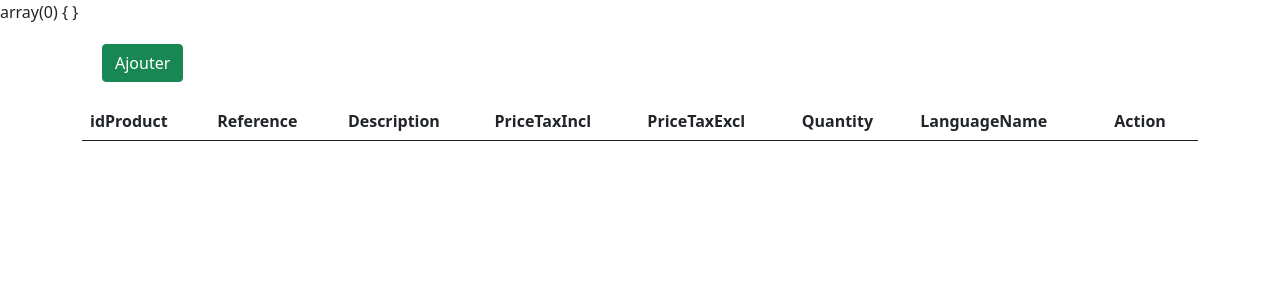
Repository: ahamie71/CrUDPOO
Page: http://localhost/index.php?action=AfficheCrud
An editor plug-in stored every save of this project. The page is shown before and after the next save, followed by the edit.
The browser window is 1280 px wide. The pictures show the whole page.
The page is run by PHP 8.4 with error messages shown; the project is at /var/www/html/. Queries for data that is not in the repository find no rows.

Above is the page before, as saved 2023-07-25 14:34:51.

### public/index.php
<?php


require_once(dirname(__DIR__) . '/Autoloader.php');

use CrudPOO\Controllers\HomeController;
use CrudPOO\Controllers\ProductController;


if (isset($_GET['action'])) {

    $action = $_GET['action'];

    switch ($action) {

        case 'Home';
            $controller = new HomeController();
            $controller->Home();
            break;

         case'AfficheCrud';
         $controller = new ProductController();
         $controller->DisplayProducts();
         break;
         case'createProduct';
         $controller = new ProductController();
         $controller->addProduct();
         break;

    }


} else {
    $home = new HomeController();
    $home->Home();
}
;

### Autoloader.php
<?php


spl_autoload_register(function ($className) {

    $className = str_replace("CrudPOO\\", '', $className);
    $className = str_replace("\\", '/', $className);
    require_once(__DIR__ . "/src/$className.php");

});

### src/Controllers/ProductController.php
<?php

namespace  CrudPOO\Controllers;

use CrudPOO\Entity\Language;
use CrudPOO\Entity\Product;
use CrudPOO\Model\ProductRepository;
use CrudPOO\Model\LanguageRepository;


Class ProductController extends AbstractController
{
    public function DisplayProducts()
    {

        $languageRepository = new LanguageRepository();
    $languages = $languageRepository->getAllLanguages();

    // Debug the $languages array
    var_dump($languages);

      $productRepository = new ProductRepository;
      $products = $productRepository->getProducts();
      require_once(dirname(__FILE__, 2) . '/View/CrudPage.php');

    }

   public  function addProduct()
{


    if (
        empty($_POST['reference']) ||
        empty($_POST['description']) ||
        empty($_POST['priceTaxIncl']) ||
        empty($_POST['priceTaxExcl']) ||
        empty($_POST['quantity'])
    ) {
        $error = 'Please fill in all the required fields.';
    } else {

        $reference = $_POST['reference'];
        $description = $_POST['description'];
        $priceTaxIncl = $_POST['priceTaxIncl'];
        $priceTaxExcl = $_POST['priceTaxExcl'];
        $quantity = $_POST['quantity'];
        $idLang = $_POST['cat'];

        $produit = new Product();
        $productRepository = new ProductRepository;

        $produit = $productRepository->createProduct($reference, $description, $priceTaxIncl, $priceTaxExcl, $idLang, $quantity);

        if ($produit) {
            header('location:index.php?action=AfficheCrud');
            exit();
        } else {

            $error = 'Failed to create product.';
        }
    }

    require_once(dirname(__FILE__, 2) . '/View/AddProduct.php');
}




}

### src/Controllers/AbstractController.php
<?php

namespace CrudPOO\Controllers;

abstract class AbstractController
{
    public function render($products)
    {
        require_once(dirname(__FILE__,2) . '/View/CrudPage.php');

    }

}

### src/Model/LanguageRepository.php
<?php

namespace CrudPOO\Model;


use PDO;
use CrudPOO\Entity\Database;

Class LanguageRepository
 {

    function getAllLanguages()
{
    $bdd = new Database();
    $req = "SELECT * FROM languages";
    $stmt = $bdd->getPDO()->prepare($req);
    $stmt->setFetchMode(PDO::FETCH_CLASS,'CrudPOO\Entity\Language');
    $stmt->execute();
    $languages = $stmt->fetchAll();
    return $languages;
}



}

### src/Entity/database.php
<?php

namespace  CrudPOO\Entity;

use PDO;
class Database
{
  private $host = "localhost";
  private $db_name = "CrudProduit";
  private $username = "ronaldo";
  private $password = "123";
  private $pdo;

  public function __construct($db_name = 'CrudProduit', $username = 'ronaldo', $password = '123', $host = 'localhost')
  {
    $this->$db_name = $db_name;
    $this->$username = $username;
    $this->$password = $password;
    $this->$host = $host;
  }

  public function getPDO()
  {
    if ($this->pdo == null) {
      $pdo = new PDO('mysql:dbname=CrudProduit;host=localhost', 'ronaldo', '123');
      $pdo->setAttribute(PDO::ATTR_ERRMODE, PDO::ERRMODE_EXCEPTION);
      $this->pdo = $pdo;
    }

    return $this->pdo;
  }

  public function query($statement)
  {
    $req = $this->getPDO()->query($statement);
    $datas = $req->fetchAll(PDO::FETCH_OBJ);
    return $datas;
  }
}

### src/Entity/Language.php
<?php

namespace CrudPOO\Entity;


Class Language{

 private $idLang;

 private $languageName;


 /**
  * Get the value of idLang
  */
 public function getIdLang()
 {
  return $this->idLang;
 }

 /**
  * Set the value of idLang
  */
 public function setIdLang($idLang): self
 {
  $this->idLang = $idLang;

  return $this;
 }

 /**
  * Get the value of LanguageName
  */
 public function getLanguageName()
 {
  return $this->languageName;
 }

 /**
  * Set the value of LanguageName
  */
 public function setLanguageName($LanguageName): self
 {
  $this->languageName = $LanguageName;

  return $this;
 }
}

### src/Model/ProductRepository.php
<?php
namespace CrudPOO\Model;


use PDO;
use CrudPOO\Entity\Database;

class ProductRepository
{
    public function getProducts()
    {
        $bdd = new Database();
        $req =" SELECT products.idLang, products.idProduct , products.reference, products.description,products.priceTaxIncl,products.priceTaxExcl,products.quantity,languages.LanguageName FROM products
        LEFT JOIN languages ON products.idLang = languages.idLang";
        $stmt = $bdd->getPDO()->prepare($req);
        $stmt->setFetchMode(PDO::FETCH_CLASS, 'CrudPOO\Entity\Product');
        $stmt->execute();
        $products = $stmt->fetchAll();
        return $products;
    }



//     public function getPostById($id)
//     {
//         $bdd = new Database();
//         $req = "SELECT Post.user_id, Post.id , Post.image, Post.created_at,Post.title,Post.content,User.username FROM Post
//         LEFT JOIN User ON Post.user_id = user.id
//          WHERE Post.id =  $id";
//         $stmt = $bdd->getPDO()->prepare($req);
//         $stmt->setFetchMode(PDO::FETCH_CLASS, 'Foot\Entity\Post');
//         $stmt->execute();
//         $post = $stmt->fetch();
//         return $post;
//     }

function createProduct($reference, $description, $priceTaxIncl, $priceTaxExcl, $idLang, $quantity)
{

    $bdd = $bdd = new Database();


    $query = $bdd->getPDO()->prepare("INSERT INTO products (reference, description, priceTaxIncl, priceTaxExcl, idLang, quantity) VALUES (?, ?, ?, ?, ?, ?)");


    $query->execute([
        $reference,
        $description,
        $priceTaxIncl,
        $priceTaxExcl,
        $idLang,
        $quantity
    ]);


    if ($query->rowCount() > 0) {
        return true;
    } else {
        return false;
    }
}
}

//     public function RemovePost($id)
//     {
//         $bdd = new Database();
//         $sql = "DELETE FROM Post WHERE id= $id";
//         $delet = $bdd->getPDO()->prepare($sql);
//         $delet->execute();
//     }

//     public function editPost($content, $id, $title)
//     {
//         $bdd = new Database();
//         $update = $bdd->getPDO()->prepare("UPDATE  Post SET content=:content , title=:title WHERE id = $id");
//         $update->execute(
//             array(
//                 ':content' => $content,
//                 ':title' => $title
//             )
//         );
//     }
// }

### src/Entity/Product.php
<?php

namespace  CrudPOO\Entity;


use CrudPOO\Entity\Language;

Class Product

{
    private $idProduct;
    private $reference;
    private $description;
    private $priceTaxIncl;
    private $priceTaxExcl;
    private $quantity ;
    private int $idLang;

    private $LanguageName;
    /**
     * Get the value of idProduct
     */
    public function getIdProduct()
    {
        return $this->idProduct;
    }

    /**
     * Set the value of idProduct
     */
    public function setIdProduct($idProduct): self
    {
        $this->idProduct = $idProduct;

        return $this;
    }

    /**
     * Get the value of reference
     */
    public function getReference()
    {
        return $this->reference;
    }

    /**
     * Set the value of reference
     */
    public function setReference($reference): self
    {
        $this->reference = $reference;

        return $this;
    }

    /**
     * Get the value of description
     */
    public function getDescription()
    {
        return $this->description;
    }

    /**
     * Set the value of description
     */
    public function setDescription($description): self
    {
        $this->description = $description;

        return $this;
    }

    /**
     * Get the value of priceTaxIncl
     */
    public function getPriceTaxIncl()
    {
        return $this->priceTaxIncl;
    }

    /**
     * Set the value of priceTaxIncl
     */
    public function setPriceTaxIncl($priceTaxIncl): self
    {
        $this->priceTaxIncl = $priceTaxIncl;

        return $this;
    }

    /**
     * Get the value of priceTaxExcl
     */
    public function getPriceTaxExcl()
    {
        return $this->priceTaxExcl;
    }

    /**
     * Set the value of priceTaxExcl
     */
    public function setPriceTaxExcl($priceTaxExcl): self
    {
        $this->priceTaxExcl = $priceTaxExcl;

        return $this;
    }

    /**
     * Get the value of quantity
     */
    public function getQuantity()
    {
        return $this->quantity;
    }

    /**
     * Set the value of quantity
     */
    public function setQuantity($quantity): self
    {
        $this->quantity = $quantity;

        return $this;
    }

    /**
     * Get the value of idLang
     */
    public function getIdLang(): int
    {
        return $this->idLang;
    }

    /**
     * Set the value of idLang
     */
    public function setIdLang(int $idLang): self
    {
        $this->idLang = $idLang;

        return $this;
    }

/**
  * Get the value of LanguageName
  */
  public function getLanguageName()
  {
   return $this->LanguageName;
  }

  /**
   * Set the value of LanguageName
   */
  public function setLanguageName($LanguageName): self
  {
   $this->LanguageName = $LanguageName;

   return $this;
  }
}

### src/View/CrudPage.php
<!DOCTYPE html>
<html lang="en">
<head>
    <meta charset="UTF-8">
    <meta http-equiv="X-UA-Compatible" content="IE=edge">
    <meta name="viewport" content="width=device-width, initial-scale=1.0">
    <link href="https://cdn.jsdelivr.net/npm/bootstrap@5.0.2/dist/css/bootstrap.min.css" rel="stylesheet" integrity="sha384-EVSTQN3/azprG1Anm3QDgpJLIm9Nao0Yz1ztcQTwFspd3yD65VohhpuuCOmLASjC" crossorigin="anonymous">
    <link rel="stylesheet" href="https://cdnjs.cloudflare.com/ajax/libs/font-awesome/5.15.3/css/all.min.css">
    <title>Document</title>
</head>
<body>
    <div class ="container">

    <a href="index.php?action=createProduct" class="btn btn-success"style="margin:20px">Ajouter</a>
<table class="table">
  <thead>
    <tr>
      <th scope="col">idProduct</th>
      <th scope="col">Reference</th>
      <th scope="col">Description</th>
      <th scope="col">PriceTaxIncl</th>
      <th scope="col">PriceTaxExcl</th>
      <th scope="col">Quantity</th>
      <th scope="col">LanguageName</th>

      <th>Action</th>
    </tr>
  </thead>
    <tbody>
        <?php
        foreach($products as $produit){
            ?>
            <tr>
                <td><?= $produit->getIdProduct() ?></td>
                <td><?= $produit->getReference() ?></td>
                <td><?= $produit->getDescription() ?></td>
                <td><?= $produit->getPriceTaxIncl() ?></td>
                <td><?= $produit->getPriceTaxExcl() ?></td>
                <td><?= $produit->getQuantity()?></td>
                <td><?= $produit->getLanguageName()?></td>

                <td>
                <a href="" class="m-2">

							<i class="fa fa-edit fa-2x"></i>
						</a>
                        <a href= ""class="m-2">
                        <i class="fa fa-trash fa-2x red-icon"></i>
						</a>


                </td>
            </tr>
            <?php
        }
        ?>

    </tbody>
</table>

After the next save:
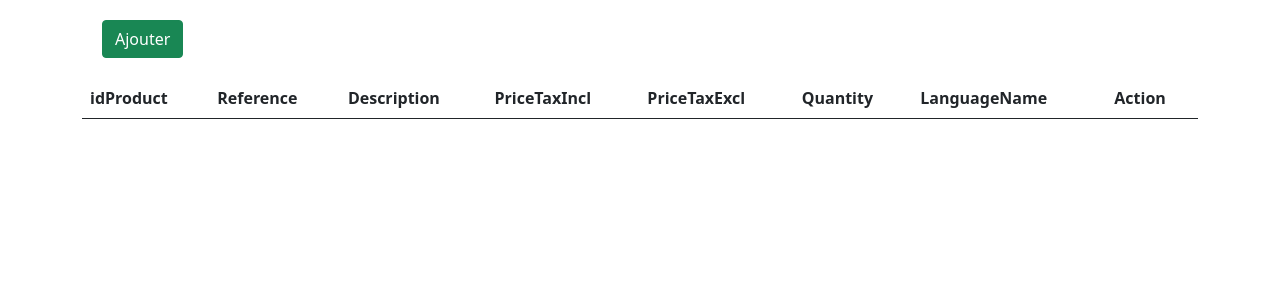
Saved 27 s later.
--- a/src/Controllers/ProductController.php
+++ b/src/Controllers/ProductController.php
@@ -13,11 +13,6 @@ Class ProductController extends AbstractController
     public function DisplayProducts()
     {
 
-        $languageRepository = new LanguageRepository();
-    $languages = $languageRepository->getAllLanguages();
-
-    // Debug the $languages array
-    var_dump($languages);
 
       $productRepository = new ProductRepository;
       $products = $productRepository->getProducts();
